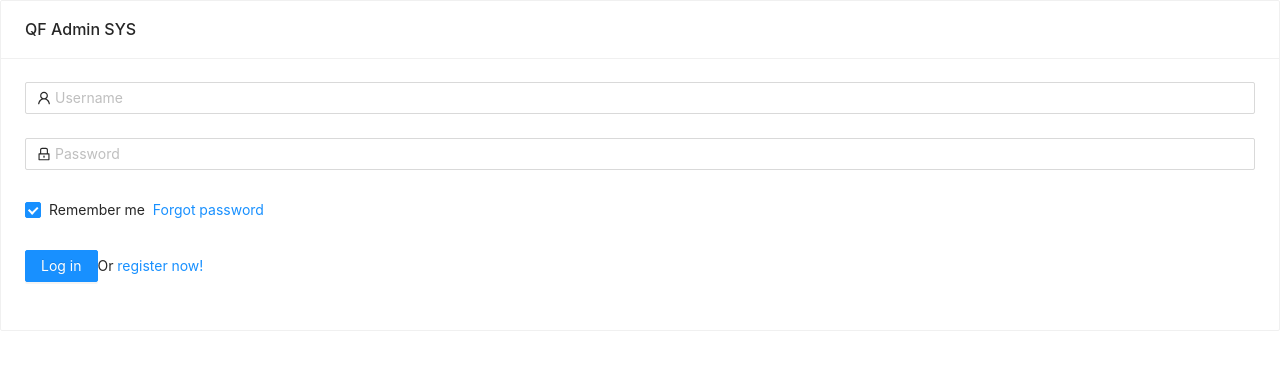
Repository: 13982720426/demo01
Page: /#/login
The author's editor kept a copy of each file at every save. The page is drawn from the files as they stood at one save, then again after the next save.
The browser window is 1280 px wide. The pictures show the whole page.
The project was rebuilt for these pictures with package versions that can differ from the ones it lists, and the page was loaded fresh each time. Also part of the build but not shown: src/pages/admin/dashboard/Index.js, src/pages/admin/products/List.js, src/pages/admin/products/Edit.js, src/pages/PageNotFound.js, src/components/Frame/Index.js, src/App.js.

Above is the page before, as saved 2021-04-04 21:30:21.

### src/index.js
import React from 'react'
import ReactDOM from 'react-dom'
import './index.css'
import App from './App'
import 'antd/dist/antd.css'
import { HashRouter as Router, Switch, Route, Redirect } from 'react-router-dom'
import { mainRoutes } from './routes'

ReactDOM.render(
  <Router>
    <Switch>
      <Route path="/admin" render={(routeProps) => <App {...routeProps} />} />
      {mainRoutes.map((route) => {
        return <Route key={route.path} {...route} />
      })}
      <Redirect to="/admin" from="/" />

      <Redirect to="/404" />
    </Switch>
  </Router>,
  document.getElementById('root')
)

### src/routes/index.js
import Login from '../pages/Login'
import Index from '../pages/admin/dashboard/Index'
import List from '../pages/admin/products/List'
import Edit from '../pages/admin/products/Edit'
import PageNotFound from '../pages/PageNotFound'

export const mainRoutes = [
  {
    path: '/login',
    component: Login,
  },
  {
    path: '/404',
    component: PageNotFound,
  },
]

export const adminRoutes = [
  {
    path: '/admin/dashboard',
    component: Index,
    isShow: true,
    title: '看板',
  },
  {
    path: '/admin/products',
    component: List,
    isShow: true,
    exact: true,
    title: '商品管理',
  },
  {
    path: '/admin/products/edit/:id?',
    component: Edit,
    isShow: false,
  },
]

### src/App.css
html,body,#root,
.ant-layout{
    width: 100%;
    height: 100%;
}

### src/pages/Login.js
import React from 'react'
import { Form, Input, Button, Checkbox, Card } from 'antd'
import { UserOutlined, LockOutlined } from '@ant-design/icons'
function Login(props) {
  const onFinish = (values) => {
    console.log('Received values of form: ', values)
  }
  return (
    <Card title="QF Admin SYS" className="login-form">
      <Form
        name="normal_login"
        initialValues={{
          remember: true,
        }}
        onFinish={onFinish}
      >
        <Form.Item
          name="username"
          rules={[
            {
              required: true,
              message: 'Please input your Username!',
            },
          ]}
        >
          <Input
            prefix={<UserOutlined className="site-form-item-icon" />}
            placeholder="Username"
          />
        </Form.Item>
        <Form.Item
          name="password"
          rules={[
            {
              required: true,
              message: 'Please input your Password!',
            },
          ]}
        >
          <Input
            prefix={<LockOutlined className="site-form-item-icon" />}
            type="password"
            placeholder="Password"
          />
        </Form.Item>
        <Form.Item>
          <Form.Item name="remember" valuePropName="checked" noStyle>
            <Checkbox>Remember me</Checkbox>
          </Form.Item>

          <a className="login-form-forgot" href="">
            Forgot password
          </a>
        </Form.Item>

        <Form.Item>
          <Button
            type="primary"
            htmlType="submit"
            className="login-form-button"
          >
            Log in
          </Button>
          Or <a href="">register now!</a>
        </Form.Item>
      </Form>
    </Card>
  )
}

export default Login

### src/pages/Login.css
.login-form{
    width: 480px;
    position: fixed;
    left: 50%;
    right: 50%;
    transform: translate3d(-50%,-50%,0);
}

Loaded but not shown: public/index.html (common file); src/index.css (common file)

After the next save:
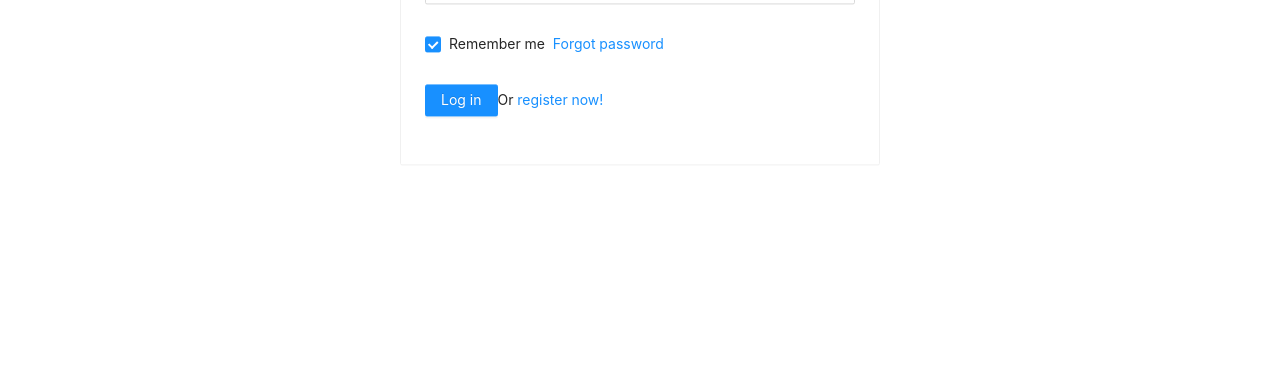
Saved 15 s later.
--- a/src/pages/Login.js
+++ b/src/pages/Login.js
@@ -1,6 +1,8 @@
 import React from 'react'
 import { Form, Input, Button, Checkbox, Card } from 'antd'
 import { UserOutlined, LockOutlined } from '@ant-design/icons'
+import './Login.css'
+
 function Login(props) {
   const onFinish = (values) => {
     console.log('Received values of form: ', values)
